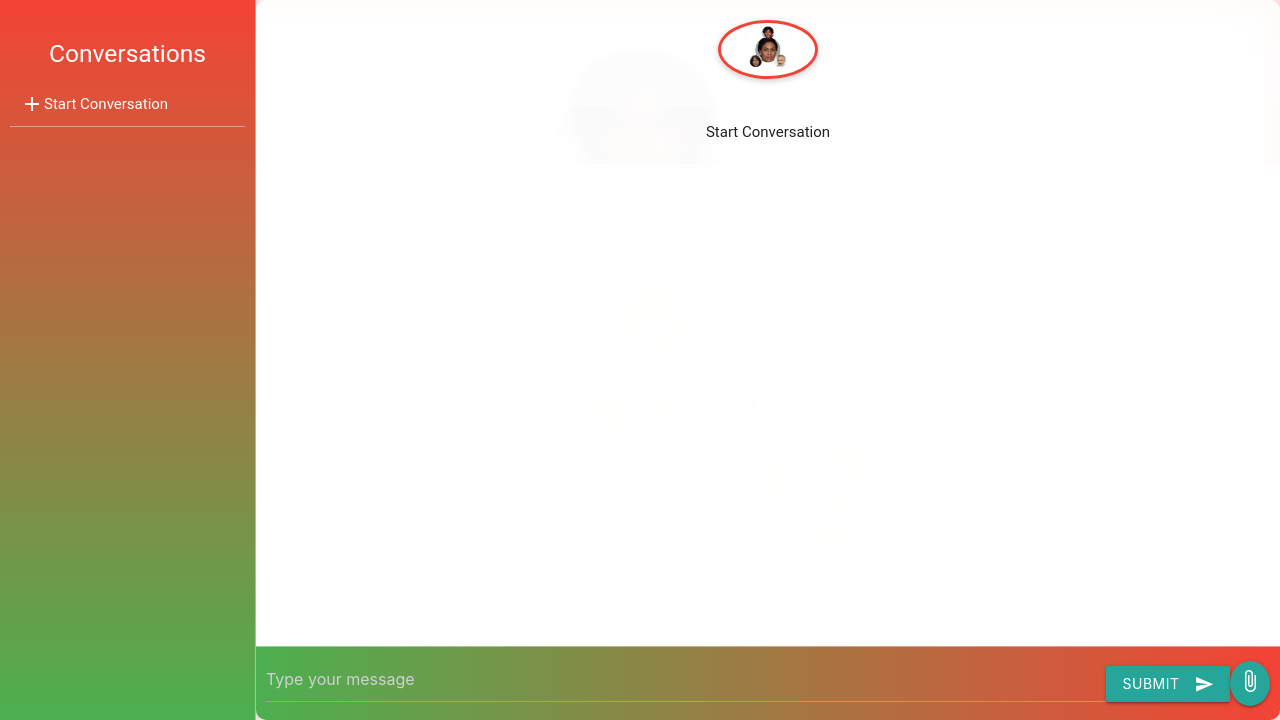
Repository: jcuzcan/sesmag
Page: / (app in frontend/)
The author's editor kept a copy of each file at every save. The page is drawn from the files as they stood at one save, then again after the next save.
The browser window is 1280 px wide. The pictures show the whole page.
The page's requests for data from a server got no answer. The project was rebuilt for these pictures with package versions that can differ from the ones it lists, and the page was loaded fresh each time. No one was signed in, and anything a server would have sent is missing.

Above is the page before, as saved 2024-12-09 21:58:50.

### frontend/public/index.html
<!DOCTYPE html>
<html lang="en">
  <head>
    <meta charset="utf-8" />
    <link rel="icon" href="%PUBLIC_URL%/favicon.ico" />
    <meta name="viewport" content="width=device-width, initial-scale=1" />
    <meta name="theme-color" content="#000000" />
    <link href="https://fonts.googleapis.com/icon?family=Material+Icons" rel="stylesheet" />
    <meta name="description" content="Web site created using create-react-app" />
    <link rel="apple-touch-icon" href="%PUBLIC_URL%/logo192.png" />
    <link rel="manifest" href="%PUBLIC_URL%/manifest.json" />
    <title>React App</title>
  </head>
  <body>
    <noscript>You need to enable JavaScript to run this app.</noscript>
    <div id="root"></div>
  </body>
</html>

### frontend/src/App.js
import React, { useState, useEffect } from "react";
import ApiService from "./service";
import "materialize-css/dist/css/materialize.min.css";
import ReactMarkdown from "react-markdown";
import "./App.css";
import FeeImage from './Fee.png';

const App = () => {
  const [conversation, setConversation] = useState({
    messages: [],
    _id: null,
  });
  const [conversations, setConversations] = useState([]);
  const [message, setMessage] = useState("");
  const [sidebarOpen, setSidebarOpen] = useState(false);
  const [isLoading, setIsLoading] = useState(false);

  useEffect(() => {
    ApiService.getAllConversations()
      .then((res) => {
        setConversations(res);
      })
      .catch((error) => {
        window.alert(error.message ?? error.toString());
      });
  }, []);

  const handleSendMessage = async () => {
    if (message.trim()) {
      let conversationId = conversation._id;

      if (!conversation._id) {
        await ApiService.startConversation()
          .then((res) => {
            setConversation(res);
            conversationId = res._id;
            setConversations([res, ...conversations]);
          })
          .catch((error) => window.alert(error.message ?? error.toString()));
      }
      setConversation((conversation) => ({
        ...conversation,
        messages: [
          ...conversation.messages,
          { role: "user", content: message.trim() },
        ],
      }));
      setIsLoading(true);
      await ApiService.sendMessage(conversationId, message)
        .catch((error) => {
          error.message ?? error.toString();
        })
        .then((res) => {
          setConversation(res);
          setMessage("");
          // set conversion description
          setConversations((conversations) =>
            conversations.map((c) => {
              if (c._id === res._id) {
                c.description = res.description;
              }
              return c;
            })
          );
        });
      setIsLoading(false);
    }
  };

  const handleFileUpload = async (e) => {
    const file = e.target.files[0];
    if (file) {
      let conversationId = conversation._id;
      if (!conversation._id) {
        await ApiService.startConversation()
          .then((res) => {
            setConversation(res);
            conversationId = res._id;
            setConversations([res, ...conversations]);
          })
          .catch((error) => console.log(error));
      }
      setIsLoading(true);
      await ApiService.uploadContext(conversationId, file)
        .then((res) => {
          setConversation(res);
          // set conversion description
          setConversations((conversations) =>
            conversations.map((c) => {
              if (c._id === res._id) {
                c.description = res.description;
              }
              return c;
            })
          );
        })
        .catch((error) => window.alert(error.message ?? error.toString()));
      setIsLoading(false);
    }
  };

  const toggleSidebar = () => {
    setSidebarOpen((prev) => !prev);
  };

  const startConversation = async () => {
    if (isLoading) {
      return;
    }
    setIsLoading(true);
    await ApiService.startConversation()
      .then((res) => {
        setConversation(res);
        setConversations([res, ...conversations]);
      })
      .catch((error) => console.log(error));
    setIsLoading(false);
  };

  const getConversationById = (id) => {
    ApiService.getConversationById(id)
      .then((res) => {
        setConversation(res);
      })
      .catch((error) => {
        console.error(error.message ?? error.toString());
      });
  };

  return (
    <div className="app-container">
  <div className={`sidebar ${sidebarOpen ? "open" : ""}`}>
    <button className="close-btn" onClick={toggleSidebar}>
      <i className="material-icons">close</i>
    </button>
    <h5 className="mt-2 text-center">Conversations</h5>
    <ul>
      <li
        className="d-flex align-items-center"
        onClick={() => startConversation()}
      >
        <i className="material-icons">add</i> Start Conversation
      </li>
      {conversations.map((conversation) => (
        <li
          key={conversation._id}
          onClick={() => getConversationById(conversation._id)}
        >
          {conversation.description || `Conversation ${conversation._id}`}
        </li>
      ))}
    </ul>
  </div>
  <div className="chat-container">
    {/* Image Container */}
    <div className="image-container">
      <img src={FeeImage} alt="Profile" />
    </div>
    <div className="row">
      <button className="sidebar-toggle-btn" onClick={toggleSidebar}>
        &#9776;
      </button>
      <div className="flex-1 align-center" style={{ marginTop: "1rem" }}>
        {conversation._id ? (
          <>
            {conversation.description || `Conversation ${conversation._id}`}
          </>
        ) : (
          <>Start Conversation</>
        )}
      </div>
    </div>

    <div className="chat-window">
      {conversation && conversation.messages.length > 0 ? (
        conversation.messages
          .filter((messages) =>
            ["assistant", "user"].includes(messages.role)
          )
          .map((msg, index) => (
            <div
              key={index}
              className={`message ${
                msg.role === "user" ? "user-message" : "ai-message"
              }`}
            >
              <strong>{msg.role === "user" ? "You" : "AI"}:</strong>{" "}
              <ReactMarkdown>{msg.content}</ReactMarkdown>
            </div>
          ))
      ) : (
        <p className="no-messages">No messages!</p>
      )}
    </div>
    <div className="input-bar">
      <textarea
        id="message"
        className="materialize-textarea"
        value={message}
        onChange={(e) => setMessage(e.target.value)}
        placeholder="Type your message"
      ></textarea>
      <button
        className="btn waves-effect waves-light"
        onClick={handleSendMessage}
        name="action"
        disabled={isLoading}
      >
        Submit
        <i className="material-icons right">send</i>
      </button>
      <div className="file-field">
        <button className="btn btn-floating" disabled={isLoading}>
          <i className="material-icons">attach_file</i>
          <input
            type="file"
            onChange={handleFileUpload}
            accept="application/pdf"
          />
        </button>
      </div>
    </div>
  </div>
</div>

  );
};

export default App;

### frontend/src/service.js
import axios from "axios";

const BASE_URL = "http://localhost:4000/api";

const apiClient = axios.create({
  baseURL: BASE_URL,
  headers: {
    "Content-Type": "application/json",
  },
});

// Centralized error handler
const handleError = (error) => {
  if (error.response) {
    const message =
      error.response.data?.message || `Error: ${error.response.statusText}`;
    return Promise.reject(new Error(message));
  } else if (error.request) {
    return Promise.reject(
      new Error("No response from server. Please try again later.")
    );
  } else {
    return Promise.reject(
      new Error(error.message || "An unexpected error occurred.")
    );
  }
};

// API Service
const ApiService = {
  startConversation: async () => {
    try {
      const response = await apiClient.post("/conversation/start-conversation");
      return response.data;
    } catch (error) {
      return handleError(error);
    }
  },

  getAllConversations: async () => {
    try {
      const response = await apiClient.get("/conversation/");
      return response.data;
    } catch (error) {
      return handleError(error);
    }
  },

  getConversationById: async (id) => {
    try {
      const response = await apiClient.get(`/conversation/${id}`);
      return response.data;
    } catch (error) {
      return handleError(error);
    }
  },

  sendMessage: async (id, message) => {
    try {
      const response = await apiClient.post(`/conversation/${id}`, { message });
      return response.data;
    } catch (error) {
      return handleError(error);
    }
  },

  uploadContext: async (id, file) => {
    try {
      const formData = new FormData();
      formData.append("file", file);

      const response = await apiClient.post(
        `/conversation/upload-context/${id}`,
        formData,
        {
          headers: {
            "Content-Type": "multipart/form-data",
          },
        }
      );
      return response.data;
    } catch (error) {
      return handleError(error);
    }
  },
};

export default ApiService;

### frontend/src/App.css
body {
  margin: 0;
  font-family: 'Roboto', sans-serif;
  background: url('Fee.png') no-repeat center center fixed;
  background-size: cover;
}

.app-container {
  display: flex;
  height: 100vh;
  width: 100%;
  background: rgba(255, 255, 255, 0.9); /* Adds a slight overlay for readability */
  backdrop-filter: blur(5px); /* Adds blur effect to the background */
  box-shadow: inset 0 0 50px rgba(255, 0, 0, 0.2); /* Adds a festive glow */
}

.sidebar {
  width: 20%;
  background: linear-gradient(to bottom, #f44336, #4caf50); /* Christmas red and green */
  color: white;
  padding: 10px;
  border-right: 1px solid rgba(255, 255, 255, 0.4);
  overflow-y: auto;
  transition: transform 0.3s ease;
  box-shadow: 2px 0 5px rgba(0, 0, 0, 0.1);
}

.sidebar ul {
  list-style: none;
  padding: 0;
}

.sidebar ul li {
  padding: 10px;
  cursor: pointer;
  border-bottom: 1px solid rgba(255, 255, 255, 0.4);
  text-transform: capitalize;
  color: #fff;
}

.sidebar ul li:hover {
  background-color: rgba(255, 255, 255, 0.3); /* Slight highlight effect */
}

.sidebar.open {
  transform: translateX(0);
}

.sidebar.close {
  transform: translateX(-100%);
}

.close-btn {
  font-size: 20px;
  background: none;
  border: none;
  cursor: pointer;
  color: #fff;
  float: right;
  display: none;
}

.chat-container {
  flex: 1;
  display: flex;
  flex-direction: column;
  height: 100%;
  position: relative;
  background-color: rgba(255, 255, 255, 0.8);
  border-radius: 10px;
  overflow: hidden;
}

.image-container {
  width: 100%;
  text-align: center;
  padding: 20px;
  background: rgba(255, 255, 255, 0.3); /* Light snowy effect */
  border-bottom: 1px solid rgba(255, 255, 255, 0.4);
}

.image-container img {
  max-width: 100px;
  border-radius: 50%;
  border: 3px solid #f44336;
  box-shadow: 0 2px 6px rgba(0, 0, 0, 0.2);
}

.chat-window {
  flex: 1;
  padding: 20px;
  overflow-y: auto;
  background: rgba(255, 255, 255, 0.8);
  border-top: 1px solid rgba(255, 255, 255, 0.4);
}

.input-bar {
  display: flex;
  align-items: center;
  padding: 10px;
  border-top: 1px solid rgba(255, 255, 255, 0.4);
  background: linear-gradient(to right, #4caf50, #f44336); /* Christmas gradient */
  color: white;
}

.message {
  max-width: 70%;
  margin: 10px 0;
  padding: 10px;
  border-radius: 10px;
  word-wrap: break-word;
}

.user-message {
  margin-left: auto;
  background-color: #e57373; /* Warm red for user messages */
  color: #fff;
}

.ai-message {
  margin-right: auto;
  background-color: #81c784; /* Festive green for AI messages */
  color: #fff;
}

textarea {
  flex: 1;
  resize: none;
  border: 2px solid #fff;
  border-radius: 5px;
  padding: 10px;
  margin-right: 10px;
}

.sidebar-toggle-btn {
  position: absolute;
  display: none;
  top: 10px;
  left: 10px;
  background: none;
  border: none;
  font-size: 24px;
  cursor: pointer;
  z-index: 1000;
}

@media (max-width: 768px) {
  .sidebar {
    position: fixed;
    height: 100%;
    min-width: 300px;
    transform: translateX(-100%);
    z-index: 1000;
    box-shadow: 2px 0 5px rgba(0, 0, 0, 0.3);
  }

  .sidebar-toggle-btn {
    display: block;
  }

  .close-btn {
    display: block;
  }

  .sidebar.open {
    transform: translateX(0);
  }

  .chat-container {
    padding-left: 0;
  }
}

.no-messages {
  text-align: center;
  font-style: italic;
  color: rgba(255, 255, 255, 0.8);
}

/* Decorative Elements */
.mt-1 {
  margin-top: 1rem;
}

.mt-2 {
  margin-top: 2rem;
}

.d-flex {
  display: flex;
}

.align-items-center {
  align-items: center;
}

.text-center {
  text-align: center;
}

/* Snowfall Animation (Optional) */
@keyframes snowfall {
  0% { transform: translateY(-100px); }
  100% { transform: translateY(100vh); }
}

.snowflake {
  position: absolute;
  top: 0;
  animation: snowfall 10s linear infinite;
  opacity: 0.8;
  color: white;
}

.snowflake:nth-child(1) { left: 10%; animation-duration: 15s; font-size: 20px; }
.snowflake:nth-child(2) { left: 50%; animation-duration: 12s; font-size: 25px; }
.snowflake:nth-child(3) { left: 70%; animation-duration: 10s; font-size: 18px; }

Loaded but not shown: frontend/src/index.js (common file); frontend/src/index.css (common file); frontend/src/reportWebVitals.js (common file)

After the next save:
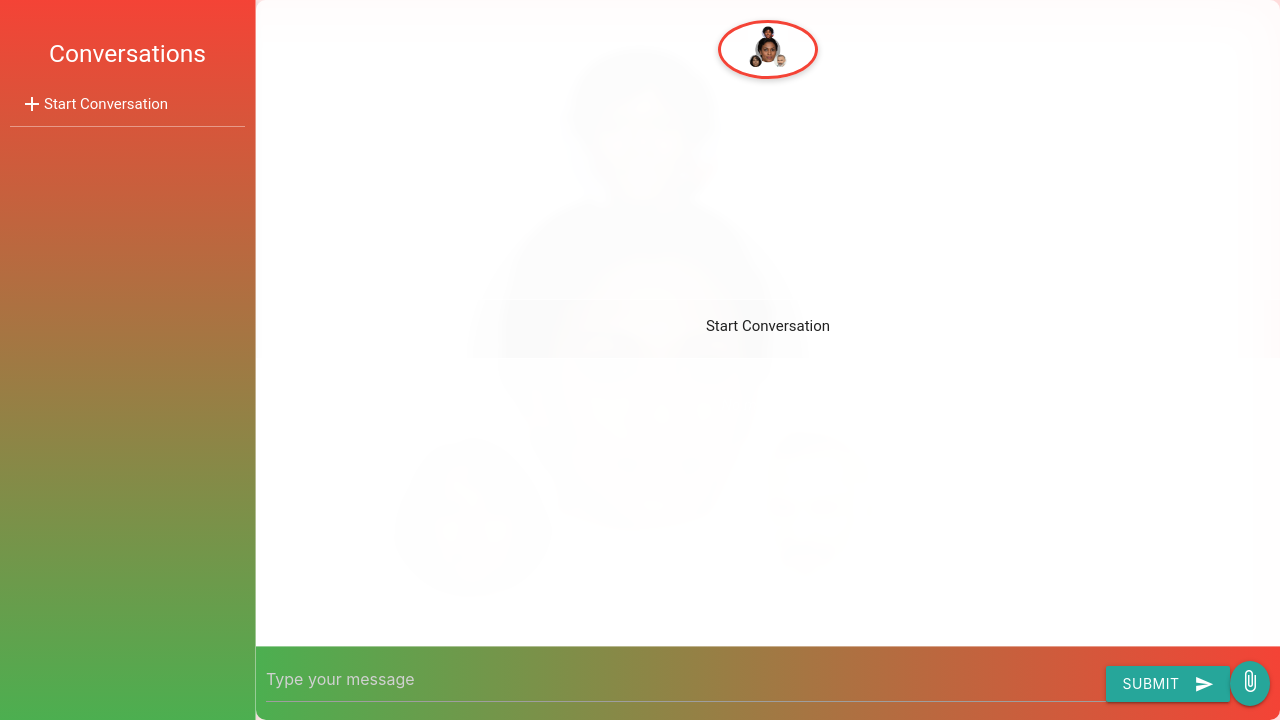
Saved 95 s later.
--- a/frontend/src/App.css
+++ b/frontend/src/App.css
@@ -73,6 +73,7 @@ body {
 
 .image-container {
   width: 100%;
+  height: 300px;
   text-align: center;
   padding: 20px;
   background: rgba(255, 255, 255, 0.3); /* Light snowy effect */
